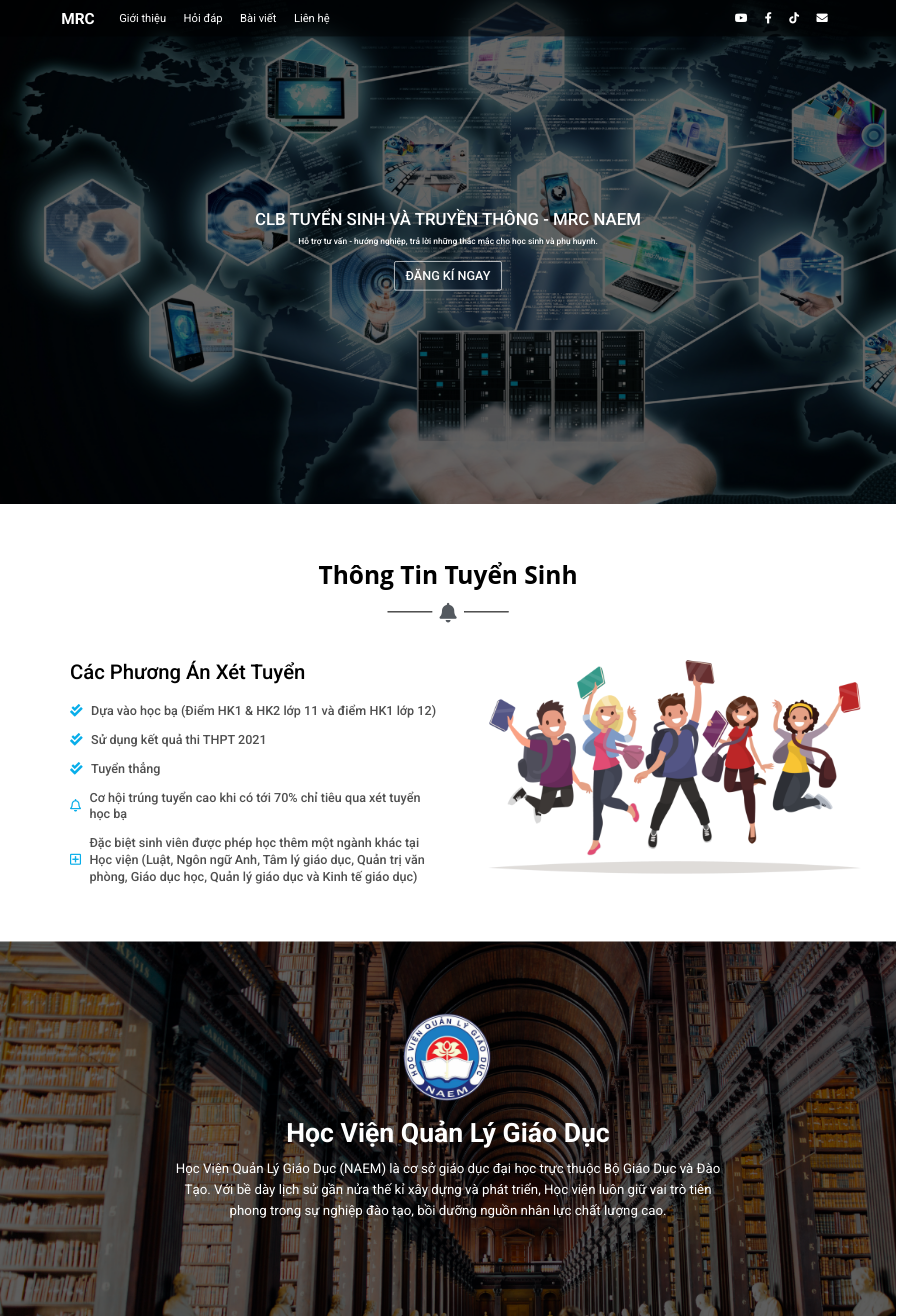
Repository: hongphuck1/trangweb1
Page: index.html
The author's editor kept a copy of each file at every save. The page is drawn from the files as they stood at one save, then again after the next save.
The browser window is 1280 px wide. The page is 1288 px wide, so the pictures cover 1288 px, including what lies to the right of the window. The pictures show the part of the page from y = 0 to 1880 px (the page is 5463 px tall), at 70% of full size.

Above is the page before, as saved 2021-09-08 17:36:40.

### index.html
<!DOCTYPE html>
<html lang="en">

<head>
  <meta charset="UTF-8" />
  <meta name="viewport" content="width=device-width, initial-scale=1, shrink-to-fit=no" />
  <meta http-equiv="x-ua-compatible" content="ie=edge" />
  <title>Material Design for Bootstrap</title>
  <!-- MDB icon -->
  <link rel="icon" href="img/SSS1.png" type="image/x-icon" />
  <!-- Font Awesome -->
  <link rel="stylesheet" href="https://use.fontawesome.com/releases/v5.15.2/css/all.css" />
  <link rel="stylesheet" href="font/themify-icons-font/themify-icons/themify-icons.css">
  <!-- Google Fonts Roboto -->
  <link rel="stylesheet" href="https://fonts.googleapis.com/css2?family=Roboto:wght@300;400;500;700;900&display=swap" />
  <!-- MDB -->
  <link rel="stylesheet" href="css/style.css" />
  <link rel="stylesheet" href="css/base.css" />
  <link rel="stylesheet" href="css/grid.css" />
  <link rel="stylesheet" href="css/mdb.min.css" />
</head>

<body>
  <!-- Start your project here-->
  <div class="main">
    <!--Main Navigation-->
    <header>
      <!-- Navbar -->
      <nav class="navbar--opacity navbar navbar-expand-lg navbar-light fixed-top mask-custom shadow-0">
        <div class="container">

          <a class="navbar-brand nav-link" target="_blank" href="">
            <strong style="font-size: 2.2rem;">MRC</strong>
          </a>
          <button class="navbar-toggler navbar-toggler--opacity" type="button" data-mdb-toggle="collapse"
            data-mdb-target="#navbarSupportedContent" aria-controls="navbarSupportedContent" aria-expanded="false"
            aria-label="Toggle navigation">
            <i style="color: #ccc" class="fas fa-bars"></i>
          </button>
          <div class="collapse navbar-collapse" id="navbarSupportedContent">
            <ul class="navbar-nav me-auto mb-2 mb-lg-0">
              <li class="nav-item active">
                <a class="nav-link" aria-current="page" href="#intro">Giới thiệu</a>
              </li>
              <li class="nav-item">
                <a class="nav-link" href="https://www.facebook.com/MRC.NAEM" rel="nofollow" target="_blank">Hỏi đáp</a>
              </li>
              <li class="nav-item">
                <a class="nav-link" href="https://www.facebook.com/MRC.NAEM" target="_blank">Bài viết</a>
              </li>
              <li class="nav-item">
                <a class="nav-link" href="https://www.facebook.com/messages/t/101815085369835" target="_blank">Liên
                  hệ</a>
              </li>
            </ul>
            <ul class="navbar-nav list-inline">
              <!-- Icons -->
              <li class="">
                <a class="nav-link" href="https://www.youtube.com/channel/UCjl0s7v8m8V4IzuAS1fH-iA" rel="nofollow"
                  target="_blank">
                  <i class="fab fa-youtube"></i>
                </a>
              </li>
              <li class="">
                <a class="nav-link" href="https://www.facebook.com/MRC.NAEM" rel="nofollow" target="_blank">
                  <i class="fab fa-facebook-f"></i>
                </a>
              </li>
              <li class="nav-item">
                <a class="nav-link" href="https://www.tiktok.com/@mrcnaem" rel="nofollow" target="_blank">
                  <i class="fab fa-tiktok"></i>
                </a>
              </li>
              <li class="nav-item">
                <a class="nav-link" href="tel: 0349167687" rel="nofollow" target="_blank">
                  <i class="fas fa-envelope"></i>
                </a>
              </li>
            </ul>
          </div>
        </div>
      </nav>


      <!-- Inner -->
      <div class="carousel-inner">
        <!-- Single item -->
        <div class="header-image__top active">
          <div class="mask" style="background-color: rgba(0, 0, 0, 0.6);">
            <div class="d-flex justify-content-center align-items-center h-100">
              <div class="text-white text-center">
                <h1 style="font-size: 2.4rem;" class="mb-3">CLB TUYỂN SINH VÀ TRUYỀN THÔNG - MRC NAEM</h1>
                <h5 style="font-size: 1.2rem;" class="mb-4">Hỗ trợ tư vấn - hướng nghiệp, trả lời những thắc mắc cho
                  học sinh và phụ huynh.</h5>

                <a style="font-size: 1.8rem; " class="btn-DANGKI btn btn-outline-light btn-lg m-2"
                  href="https://www.facebook.com/MRC.NAEM" target="_blank" role="button">Đăng kí ngay</a>
              </div>
            </div>
          </div>
        </div>
      </div>
    </header>


    <section>
      <div class="container-body">
        <div class="container-body-name">
          <h1>Thông Tin Tuyển Sinh</h1>
          <div class="container-body-name__icon">
            <i class="fas fa-bell"></i>
          </div>
        </div>

        <div class="row">
          <div class="col l-6">
            <div class="container-body-content">
              <h2 class="container-body-content__name">Các Phương Án Xét Tuyển</h2>
              <div class="container-body-content-attention">
                <i class="fas fa-check-double"></i>
                <h4>Dựa vào học bạ (Điểm HK1 & HK2 lớp 11 và điểm HK1 lớp 12)</h4>
              </div>
              <div class="container-body-content-attention">
                <i class="fas fa-check-double"></i>
                <h4>Sử dụng kết quả thi THPT 2021</h4>
              </div>
              <div class="container-body-content-attention">
                <i class="fas fa-check-double"></i>

                <h4>Tuyển thẳng</h4>
              </div>
              <div class="container-body-content-attention">
                <i class="far fa-bell"></i>
                <h4>Cơ hội trúng tuyển cao khi có tới 70% chỉ tiêu qua xét tuyển học bạ</h4>
              </div>
              <div class="container-body-content-attention">
                <i class="far fa-plus-square"></i>
                <h4>Đặc biệt sinh viên được phép học thêm một ngành khác tại Học viện (Luật, Ngôn ngữ Anh, Tâm lý giáo
                  dục, Quản trị văn phòng, Giáo dục học, Quản lý giáo dục và Kinh tế giáo dục)</h4>
              </div>
            </div>
          </div>
          <div class="col l-6">
            <div class="container-body-img">
              <img src="img/klipartz.com_-1024x586.png" alt="">
            </div>
          </div>
        </div>


      </div>

      <div class="container-body-review">
        <div class="grid wide">
          <div class="row">
            <div class="col l-12">
              <img src="img/1-1.png" alt="">
              <div class="container-body-review__name">
                Học Viện Quản Lý Giáo Dục
              </div>
              <div class="container-body-review__title">
                Học Viện Quản Lý Giáo Dục (NAEM) là cơ sở giáo dục đại học trực thuộc Bộ Giáo Dục và Đào Tạo. Với bề dày
                lịch sử gần nửa thế kỉ xây dựng và phát triển, Học viện luôn giữ vai trò tiên phong trong sự nghiệp đào
                tạo, bồi dưỡng nguồn nhân lực chất lượng cao.
              </div>
            </div>
          </div>
        </div>
      </div>

      <div class="container-body-subjects">
        <h1>TỔNG HỢP NGÀNH HỌC</h1>
        <div class="container-body-name__icon">
          <i class="fas fa-book-reader"></i>
        </div>
        <div class="grid wide">
          <div class="row">
            <div class="col l-4">
              <div class="container-body-subject">
                <img src="img/congnghethongtin.png" alt="">
                <h2>CÔNG NGHỆ THÔNG TIN</h2>
                <div class="container-body-subject-code">
                  <div class="container-body-subject-code__industry">Mã Ngành: 7480201</div>
                  <div class="container-body-subject-code__targets">Chỉ Tiêu: 150</div>
                </div>
                <h4>Chương trình của chúng tôi là đào tạo cử nhân ngành CNTT nên sẽ cung cấp cho sinh viên các kiến thức
                  cơ bản về ngành bao gồm : Kiến trúc máy tính, lập trình, hệ thống thông tin, mạng máy tính. Trong quá
                  trình học sinh viên sẽ được định hướng và học chuyên sâu theo các ngành hẹp: Khoa học máy tính; hệ
                  thống thông tin; mạng và truyền thông.
                  Đây là những kiến thức cốt lõi và là cơ sở cho các chuyên ngành hẹp sau này.</h4>
              </div>
            </div>
            <div class="col l-4">
              <div class="container-body-subject">
                <img src="img/ngonguanh.png" alt="">
                <h2>Ngôn ngữ Anh</h2>
                <div class="container-body-subject-code">
                  <div class="container-body-subject-code__industry">Mã Ngành: 7220201</div>
                  <div class="container-body-subject-code__targets">Chỉ Tiêu: 120</div>
                </div>
                <h4>Chương trình Cử nhân Ngôn ngữ Anh có tính ứng dụng, thực hành cao. Ngoài việc cung cấp các kiến thức
                  về ngôn ngữ, văn hóa các nước nói tiếng Anh, phương pháp và kĩ thuật biên-phiên dịch, phương pháp tổ
                  chức các hoạt động dạy học và giáo dục trong trong dạy học môn tiếng Anh ở trường phổ thông, chương
                  trình còn hình thành và phát triển ở người học kĩ năng tư duy phản biện, sáng tạo, giải quyết vấn đề,
                  làm việc độc lập và hợp tác là những kĩ năng cần thiết của thế kỉ 21.</h4>
              </div>
            </div>
            <div class="col l-4">
              <div class="container-body-subject">
                <img src="img/luat.png" alt="">
                <h2>Luật</h2>
                <div class="container-body-subject-code">
                  <div class="container-body-subject-code__industry">Mã Ngành: 7380101</div>
                  <div class="container-body-subject-code__targets">Chỉ Tiêu: 50</div>
                </div>
                <h4>Ngành Luật cung cấp kiến thức Luật bao quát ở hầu hết các lĩnh vực. Không chỉ riêng kiến thức về
                  Luật kinh tế, Luật tài chính, Luật thương mại; ngành Luật học còn cung cấp kiến thức về luật hôn nhân
                  gia đình, quy định chung về tài sản, thừa kế, luật hình sự phần tội phạm, luật môi trường, tội phạm
                  học, bồi thường hợp đồng, tranh chấp thương mại, khiếu nại, tố cáo, khoa học về điều tra hình sự,
                  quyền con người, quyền công dân...</h4>
              </div>
            </div>

          </div>
          <div class="row">
            <div class="col l-4">
              <div class="container-body-subject">
                <img src="img/quantrivanphong.png" alt="">
                <h2>Quản trị văn phòng</h2>
                <div class="container-body-subject-code">
                  <div class="container-body-subject-code__industry">Mã Ngành: 7340406</div>
                  <div class="container-body-subject-code__targets">Chỉ Tiêu: 120</div>
                </div>
                <h4>Đào tạo cơ bản về hành chính, giao tiếp, quản trị văn phòng đáp ứng các công việc như hành chính –
                  văn thu, hành chính – văn phòng, tổ chuwccs sự kiện, quản trị lễ tân, trợ lý lãnh đạo tại các cơ quan
                  trong và ngoài ngành giáo dục</h4>
              </div>
            </div>
            <div class="col l-4">
              <div class="container-body-subject">
                <img src="img/kinhtegiaoduc.png" alt="">
                <h2>Kinh tế giáo dục</h2>
                <div class="container-body-subject-code">
                  <div class="container-body-subject-code__industry">Mã Ngành: 7149001</div>
                  <div class="container-body-subject-code__targets">Chỉ Tiêu: 30</div>
                </div>
                <h4>Đào tạo cơ bản về kinh tế, tài chính nói chung và kinh tế, tài chính giáo dục đáp ứng với các công
                  việc về kế toán, kiểm toán, lao động tiền lương, phân tích chính sách, quản lý dự án…; giảng dạy,
                  nghiên cứu về kinh tế, tài chính giáo dục</h4>
              </div>
            </div>
            <div class="col l-4">
              <div class="container-body-subject">
                <img src="img/quanlygiaoduc.png" alt="">
                <h2>
                  Quản lý giáo dục</h2>
                <div class="container-body-subject-code">
                  <div class="container-body-subject-code__industry">Mã Ngành: 7140114</div>
                  <div class="container-body-subject-code__targets">Chỉ Tiêu: 130</div>
                </div>
                <h4>Đào tạo cơ bản về khoa học quản lý, khoa học quản lý giáo dục đáp ứng các công việc về quản lý trong
                  lĩnh vực giáo dục và lĩnh vực liên quan như: quản lý đào tạo, người học, nhân sự, tài chính, tài sản;
                  quản trị nhà trường, quản trị chiến lược, quản lý dự án…; giảng dạy, nghiên cứu về quản lý và quản lý
                  giáo dục.</h4>
              </div>
            </div>

          </div>
          <div class="row">
            <div class="col l-4">
              <div class="container-body-subject">
                <img src="img/tamlyhocgiaoduc.png" alt="">
                <h2>Tâm lý học giáo dục</h2>
                <div class="container-body-subject-code">
                  <div class="container-body-subject-code__industry">Mã Ngành: 7310403</div>
                  <div class="container-body-subject-code__targets">Chỉ Tiêu: 130</div>
                </div>
                <h4>Ngành Tâm lý giáo dục đào tạo những cử nhân có trình độ chuyên môn, nghiệp vụ và phẩm chất đạo đức
                  nghề nghiệp để giảng dạy Tâm lý học và Giáo dục học tại các cơ sở giáo dục nghề nghiệp, giáo dục đại
                  học; có thể nghiên cứu khoa học tâm lý và giáo dục tại các cơ sở nghiên cứu; có đủ năng lực tự học, tự
                  nghiên cứu để có thể học tiếp lên trình độ cao hơn trong cùng lĩnh vực khoa học</h4>
              </div>
            </div>
            <div class="col l-4">
              <div class="container-body-subject">
                <img src="img/giaoduchoc.png" alt="">
                <h2>Giáo dục học</h2>
                <div class="container-body-subject-code">
                  <div class="container-body-subject-code__industry">Mã Ngành: 7140101</div>
                  <div class="container-body-subject-code__targets">Chỉ Tiêu: 30</div>
                </div>
                <h4>Ngành Tâm lý giáo dục đào tạo những cử nhân có trình độ chuyên môn, nghiệp vụ và phẩm chất đạo đức
                  nghề nghiệp để giảng dạy Tâm lý học và Giáo dục học tại các cơ sở giáo dục nghề nghiệp, giáo dục đại
                  học; có thể nghiên cứu khoa học tâm lý và giáo dục tại các cơ sở nghiên cứu; có đủ năng lực tự học, tự
                  nghiên cứu để có thể học tiếp lên trình độ cao hơn trong cùng lĩnh vực khoa học</h4>
              </div>
            </div>
            <div class="col l-4">
              <div class="container-body-subject">
                <img src="img/kinhte.png" alt="">
                <h2>Kinh tế</h2>
                <div class="container-body-subject-code">
                  <div class="container-body-subject-code__industry">Mã Ngành: 7310101</div>
                  <div class="container-body-subject-code__targets">Chỉ Tiêu: 50</div>
                </div>
                <h4>Lorem ipsum dolor sit amet consectetur, adipisicing elit. Nostrum reiciendis harum quo quis
                  exercitationem velit quas, blanditiis corrupti eveniet distinctio, magnam id esse adipisci
                  consequuntur? Dolorem facilis dolores voluptates cumque?</h4>
              </div>
            </div>

          </div>
          <div class="row">
            <div class="col l-12">
              <div class="container-body-subjects-btn">
                <a href="https://www.facebook.com/MRC.NAEM">ĐĂNG KÍ NGAY</a>
              </div>
            </div>
          </div>
        </div>

        <div class="container-body-subjects__line">

        </div>
      </div>

      <div class="container-body-subjects-member">
        <div class="container-body-name">
          <h1>ĐỘI NGŨ THÀNH VIÊN CLB</h1>
          <div class="container-body-name__icon">
            <i class="fas fa-users"></i>
          </div>
        </div>

        <div class="grid wide">
          <!-- box 0 -->
          <div class="row">
            <div class="col l-4"></div>
            <div class="col l-4">
              <div class="container-body-subjects-member__box">
                <img src="img/user_phuc.jpg" alt="">
                <h1>DƯƠNG HỒNG PHÚC</h1>
                <h3>Chủ Nhiệm CLB MRC</h3>
                <div class="container-body-subjects-member__box__icon">
                  <a href=""> <i class="fab fa-facebook"></i></a>
                  <a href=""><i class="fas fa-mobile-alt"></i></a>
                  <a href=""> <i class="fab fa-facebook-messenger"></i></a>

                </div>
              </div>
            </div>
            <div class="col l-4"></div>
          </div>
          <!-- hàng 1 -->
          <div class="row">

            <div class="col l-3">
              <div class="container-body-subjects-member__box1">
                <img src="img/klipartz.com_-1024x586.png" alt="">
                <h1>DƯƠNG HỒNG PHÚC</h1>
                <h3>Trưởng Ban Truyền Thông</h3>
                <div class="container-body-subjects-member__box__icon1">
                  <a href=""> <i class="fab fa-facebook"></i></a>
                  <a href=""><i class="fas fa-mobile-alt"></i></a>
                  <a href=""> <i class="fab fa-facebook-messenger"></i></a>

                </div>
              </div>
            </div>
            <div class="col l-3">
              <div class="container-body-subjects-member__box1">
                <img src="img/user_phuc.jpg" alt="">
                <h1>DƯƠNG HỒNG PHÚC</h1>
                <h3>Trưởng Ban Truyền Thông</h3>
                <div class="container-body-subjects-member__box__icon1">
                  <a href=""> <i class="fab fa-facebook"></i></a>
                  <a href=""><i class="fas fa-mobile-alt"></i></a>
                  <a href=""> <i class="fab fa-facebook-messenger"></i></a>

                </div>
              </div>
            </div>
            <div class="col l-3">
              <div class="container-body-subjects-member__box1">
                <img src="img/user_phuc.jpg" alt="">
                <h1>DƯƠNG HỒNG PHÚC</h1>
                <h3>Trưởng Ban Truyền Thông</h3>
                <div class="container-body-subjects-member__box__icon1">
                  <a href=""> <i class="fab fa-facebook"></i></a>
                  <a href=""><i class="fas fa-mobile-alt"></i></a>
                  <a href=""> <i class="fab fa-facebook-messenger"></i></a>

                </div>
              </div>
            </div>
            <div class="col l-3">
              <div class="container-body-subjects-member__box1">
                <img src="img/user_phuc.jpg" alt="">
                <h1>DƯƠNG HỒNG PHÚC</h1>
                <h3>Trưởng Ban Truyền Thông</h3>
                <div class="container-body-subjects-member__box__icon1">
                  <a href=""> <i class="fab fa-facebook"></i></a>
                  <a href=""><i class="fas fa-mobile-alt"></i></a>
                  <a href=""> <i class="fab fa-facebook-messenger"></i></a>

                </div>
              </div>
            </div>

          </div>
          <div class="row">

            <div class="col l-3">
              <div class="container-body-subjects-member__box1">
                <img src="img/user_phuc.jpg" alt="">
                <h1>DƯƠNG HỒNG PHÚC</h1>
                <h3>Trưởng Ban Truyền Thông</h3>
                <div class="container-body-subjects-member__box__icon1">
                  <a href=""> <i class="fab fa-facebook"></i></a>
                  <a href=""><i class="fas fa-mobile-alt"></i></a>
                  <a href=""> <i class="fab fa-facebook-messenger"></i></a>

                </div>
              </div>
            </div>
            <div class="col l-3">
              <div class="container-body-subjects-member__box1">
                <img src="img/user_phuc.jpg" alt="">
                <h1>DƯƠNG HỒNG PHÚC</h1>
                <h3>Trưởng Ban Truyền Thông</h3>
                <div class="container-body-subjects-member__box__icon1">
                  <a href=""> <i class="fab fa-facebook"></i></a>
                  <a href=""><i class="fas fa-mobile-alt"></i></a>
                  <a href=""> <i class="fab fa-facebook-messenger"></i></a>

                </div>
              </div>
            </div>
            <div class="col l-3">
              <div class="container-body-subjects-member__box1">
                <img src="img/user_phuc.jpg" alt="">
                <h1>DƯƠNG HỒNG PHÚC</h1>
                <h3>Trưởng Ban Truyền Thông</h3>
                <div class="container-body-subjects-member__box__icon1">
                  <a href=""> <i class="fab fa-facebook"></i></a>
                  <a href=""><i class="fas fa-mobile-alt"></i></a>
                  <a href=""> <i class="fab fa-facebook-messenger"></i></a>

                </div>
              </div>
            </div>
            <div class="col l-3">
              <div class="container-body-subjects-member__box1">
                <img src="img/user_phuc.jpg" alt="">
                <h1>DƯƠNG HỒNG PHÚC</h1>
                <h3>Trưởng Ban Truyền Thông</h3>
                <div class="container-body-subjects-member__box__icon1">
                  <a href=""> <i class="fab fa-facebook"></i></a>
                  <a href=""><i class="fas fa-mobile-alt"></i></a>
                  <a href=""> <i class="fab fa-facebook-messenger"></i></a>

                </div>
              </div>
            </div>
          </div>
        </div>
      </div>
    </section>
  </div>
  <!--Main Navigation-->
  <!-- End your project here-->

  <!-- MDB -->
  <script type="text/javascript" src="js/mdb.min.js"></script>
  <!-- Custom scripts -->
  <script type="text/javascript"></script>
</body>

</html>

Loaded but not shown: font/themify-icons-font/themify-icons/themify-icons.css (common file); css/mdb.min.css (library); js/mdb.min.js (library); css/style.css (558 lines, source omitted); css/grid.css (590 lines, source omitted); css/base.css (40 lines, source omitted)

After the next save:
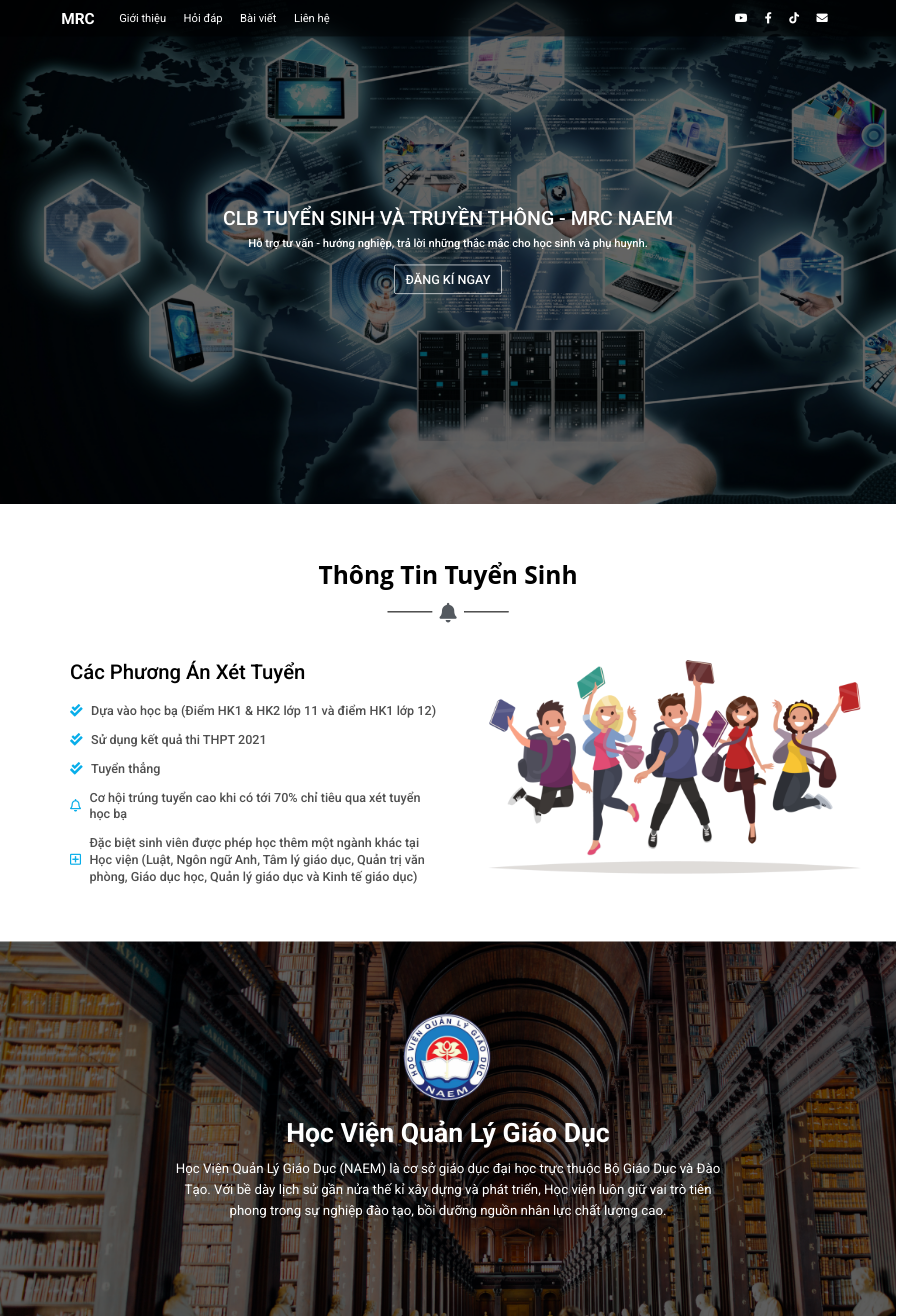
Saved 22 s later.
--- a/index.html
+++ b/index.html
@@ -89,8 +89,8 @@
           <div class="mask" style="background-color: rgba(0, 0, 0, 0.6);">
             <div class="d-flex justify-content-center align-items-center h-100">
               <div class="text-white text-center">
-                <h1 style="font-size: 2.4rem;" class="mb-3">CLB TUYỂN SINH VÀ TRUYỀN THÔNG - MRC NAEM</h1>
-                <h5 style="font-size: 1.2rem;" class="mb-4">Hỗ trợ tư vấn - hướng nghiệp, trả lời những thắc mắc cho
+                <h1 style="font-size: 2.8rem;" class="mb-3">CLB TUYỂN SINH VÀ TRUYỀN THÔNG - MRC NAEM</h1>
+                <h5 style="font-size: 1.6rem;" class="mb-4">Hỗ trợ tư vấn - hướng nghiệp, trả lời những thắc mắc cho
                   học sinh và phụ huynh.</h5>
 
                 <a style="font-size: 1.8rem; " class="btn-DANGKI btn btn-outline-light btn-lg m-2"
